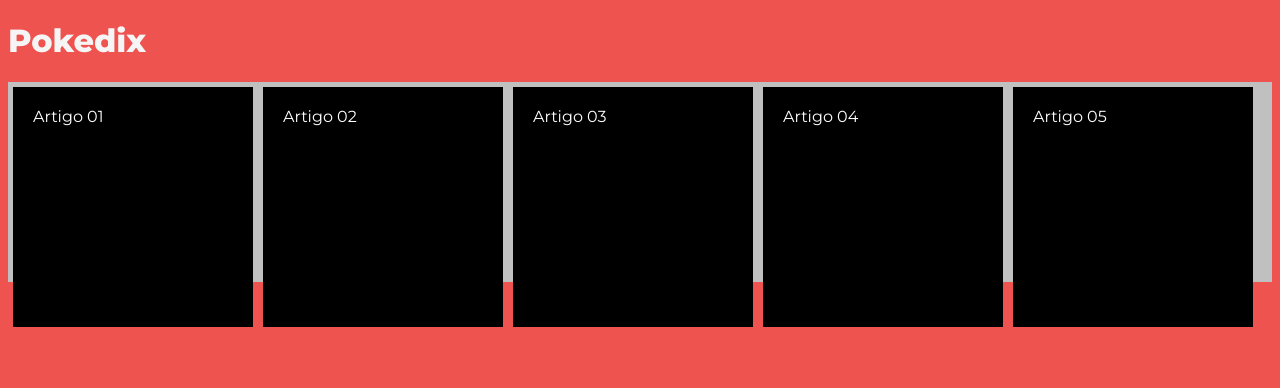
Repository: byjuliogomes/pokebyte
Page: index.html
An editor plug-in stored every save of this project. The page is shown before and after the next save, followed by the edit.
The browser window is 1280 px wide. The pictures show the whole page.

Above is the page before, as saved 2020-06-03 23:36:06.

### index.html
<!DOCTYPE html>
<html lang="pt-br">
<head>
    <meta charset="UTF-8">
    <meta name="viewport" content="width=device-width, initial-scale=1.0">
    <title>Pokedix</title>
    <link rel="stylesheet" href="app.css">
    <link href="https://fonts.googleapis.com/css2?family=Montserrat:wght@400;600;800;900&display=swap" rel="stylesheet">
</head>
<body>
    <h1>Pokedix</h1>
    <section class="container">
        <article class="item article-01">
            Artigo 01
        </article>
        <article class="item article-02">
            Artigo 02
        </article>
        <article class="item article-03">
            Artigo 03
        </article>
        <article class="item article-04">
            Artigo 04
        </article>
        <article class="item article-05">
            Artigo 05
        </article>

    </section>
    <script src="app.js"></script>
</body>
</html>

### app.css
* {
    font-family: 'Montserrat', sans-serif;
}

body {
    background-color: #EF5350;
    color: whitesmoke;
}

.container {
    background-color: silver;
    height: 200px;
    display: flex;
    flex-wrap: wrap;
    flex-flow: row wrap;
    justify-content: flex-start;
    align-content: stretch;
}

.item{
    background-color: black;
    color: #ffff;
    padding: 20px;
    margin: 5px;
    width: 200px;
    height: 200px;
}

### app.js
const fetchPokemon = () => {

};

After the next save:
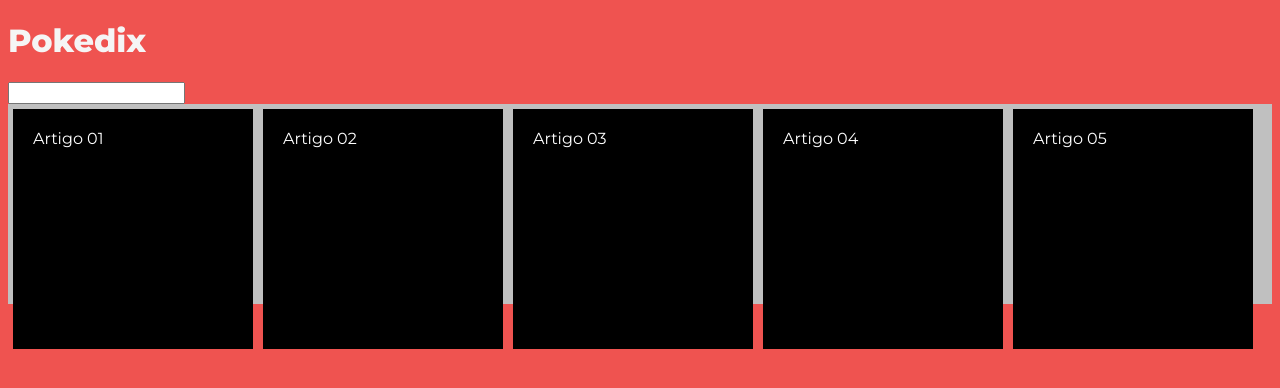
Saved 2 min 40 s later.
--- a/index.html
+++ b/index.html
@@ -9,6 +9,9 @@
 </head>
 <body>
     <h1>Pokedix</h1>
+    <section>
+        <input type="search">
+    </section>
     <section class="container">
         <article class="item article-01">
             Artigo 01
